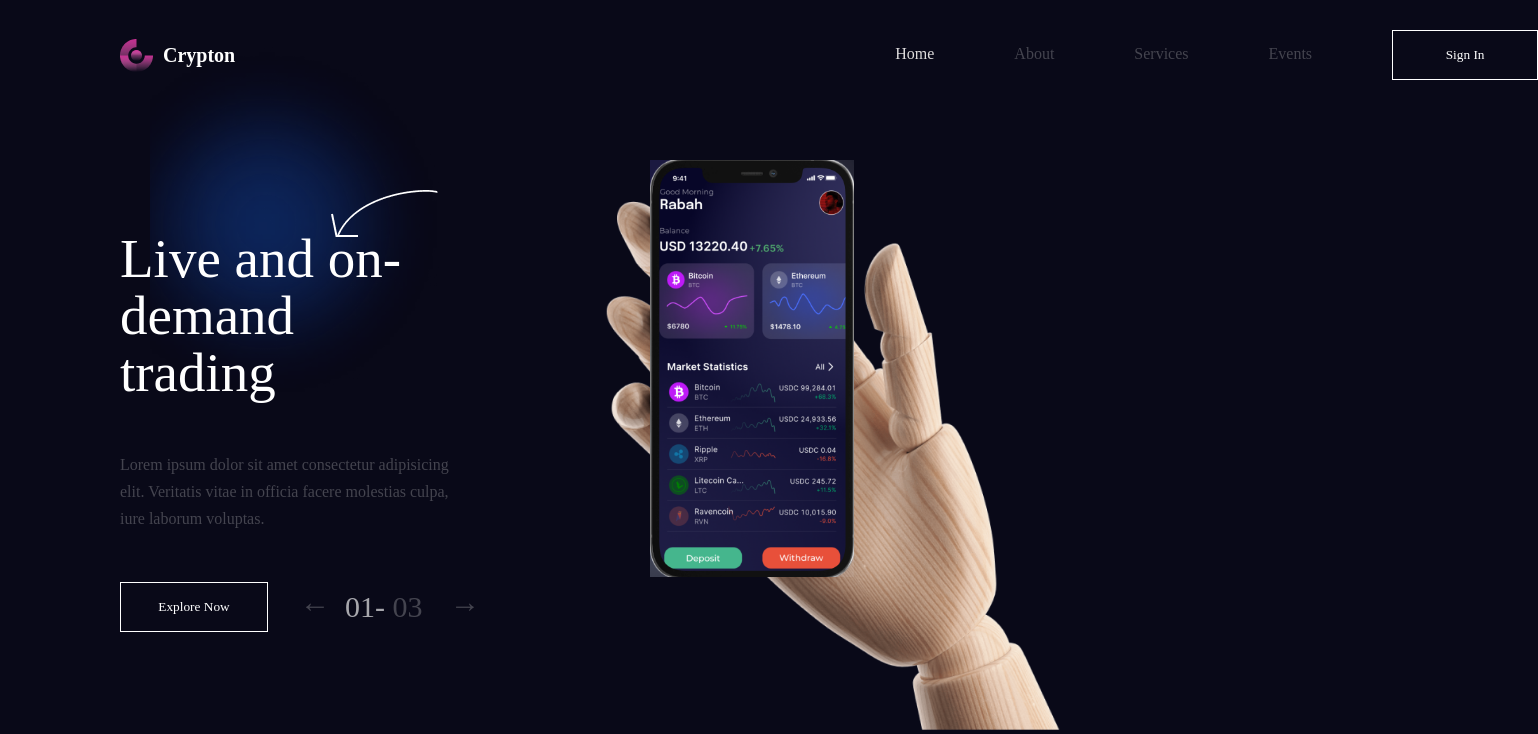
Repository: isaacCodes1/Crypton-Website
Page: index.html
An editor plug-in stored every save of this project. The page is shown before and after the next save, followed by the edit.
The browser window is 1280 px wide. The page is 1538 px wide, so the pictures cover 1538 px, including what lies to the right of the window. The pictures show the whole page.

Above is the page before, as saved 2024-05-14 21:04:19.

### index.html
<!DOCTYPE html>
<html lang="en">
  <head>
    <meta charset="UTF-8" />
    <meta name="viewport" content="width=device-width, initial-scale=1.0" />
    <link rel="stylesheet" href="style.css" />
    <title>Crypton HomePage</title>
  </head>
  <body>
    <header>
      <nav>
        <div class="headerGen">
          <div class="logo">
            <img class="logoImage" src="/Assets/Group 605.png" alt="" />
            <p class="logoText">Crypton</p>
            <ul>
              <li>Home</li>
              <li style="color: #d6d5d54a">About</li>
              <li style="color: #d6d5d54a">Services</li>
              <li style="color: #d6d5d54a">Events</li>
              <button class="sign">Sign In</button>
            </ul>
          </div>
        </div>
      </nav>
    </header>
    <section>
      <div class="firstSectionGeneral">
        <div class="liveTexts">
          <h1 class="liveText"><span><img class="shadow" src="/Assets/shadow.png" alt=""></span><span><img class="arrow" src="/Assets/Arrow_03.png" alt=""></span>Live and on-demand trading</h1>
          <p class="lorem">
            Lorem ipsum dolor sit amet consectetur adipisicing elit. Veritatis
            vitae in officia facere molestias culpa, iure laborum voluptas.
          </p>
          <button class="explore">Explore Now</button>
          <span class="rArrow">&#8592;</span>
          <p class="innerP">01- <span class="theBrownNumber">03</span></p>
          <span class="lArrow">&#8594;</span>
        </div>
      </div>
    </section>
    <section>
      <div class="handDiv">
        <div class="woodenHand">
          <img class="wood" src="/Assets/rabat.png
          " alt="">
          <img class="hand" src="/Assets/Hand.png" alt="">
        </div>
      </div>
    </section>
  </body>
</html>

### style.css
    * {
    margin: 0;
    padding: 0;
    box-sizing: border-box;
    font-family: "poppins";
    }
body{
    background-color: rgb(9, 9, 24);
}
/* NavBar */
.logo {
    display: flex;
    align-items: center;
    gap: 10px;
    padding-top: 30px;
    margin-left: 120px;
    margin-bottom: 150px;
    cursor: pointer;
}
.logoText{
    font-size: 20px;
    color: #fff;
    margin-right: 650px;
    font-weight: 600;
}
.logo ul{
    display: flex;
    color: #dedcdc;
    list-style: none;
    gap: 80px;
    display: flex;
    align-items: center;
    cursor: pointer;
}
    .logo ul li {
        list-style: none;
        display: inline-block;
        /* padding: 8px 12px; */
        position: relative;
    }
    .logo ul li::after {
        content: "";
        width: 0%;
        height: 2px;
        background: #fff;
        display: block;
        margin: auto;
        transition: 0.5s;
    }
    .logo ul li:hover::after {
        width: 70%;
    }

.sign{
    width: 146px;
    height: 50px;
    border: 1px solid #fff;
    background: transparent;
    color: #fff;
    cursor: pointer;
}
/* Landing Page */
.liveTexts{
    /* display: flex; */
}
.liveText{
    display: flex;
    flex-direction: column;
    font-size: 55px;
    width: 340px;
    line-height: 57px;
    color: #fff;
    margin-left: 120px;
    font-weight: normal;
    margin-bottom: 50px;
}
.shadow{
    width: 25%;
    position: absolute;
    top: 20px;
    left: 150px;
    z-index: -1;
}
.lorem{
    color: #d6d5d54a;
    width: 27%;
    margin-left: 120px;
    line-height: 27px;
    margin-bottom: 50px;
}
.explore{
    margin-left: 120px;
    width: 148px;
    height: 50px;
    background: transparent;
    color: #fff;
    border: 1px solid #fff;
}
.arrow{
    position: absolute;
    top: 120px;
    left: 290px;
}
.rArrow{
    position: absolute;
    font-size: 30px;
    top: 585px;
    left: 300px;
    margin-right: 200px;
    color: #d6d5d54a;
    display: flex;
    align-items: center;
}
.lArrow{
    position: absolute;
    font-size: 30px;
    top: 585px;
    left: 450px;
    color: #d6d5d54a;
    display: flex;
    align-items: center;
}
.innerP{
    position: absolute;
    left: 345px;
    top: 590px;
    color: #ffffffa4;
    font-size: 30px;
}
.theBrownNumber{
    color: #d6d5d54a;
}
/* Wooden Hand Image */
.handDiv{
    display: flex;
    position: absolute;
    top: 190px;
    right: 220px;
}
.hand{
    height: 75vh;
    width: 100%;
}
.wood{
    position: absolute;
    right: 206px;
    top: -30px;
    width: 45%;
}

After the next save:
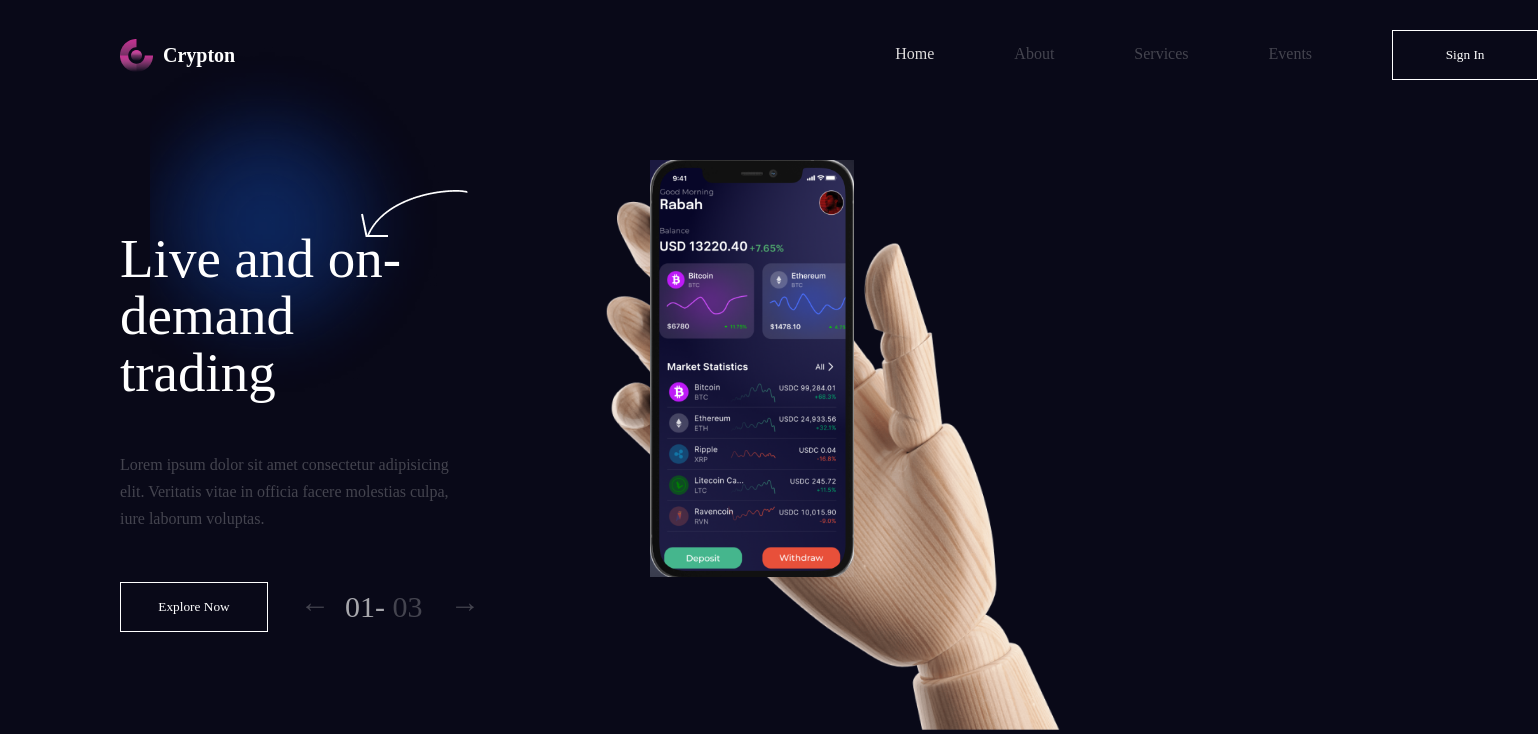
Saved 19 s later.
--- a/style.css
+++ b/style.css
@@ -99,7 +99,7 @@ body{
 .arrow{
     position: absolute;
     top: 120px;
-    left: 290px;
+    left: 320px;
 }
 .rArrow{
     position: absolute;
